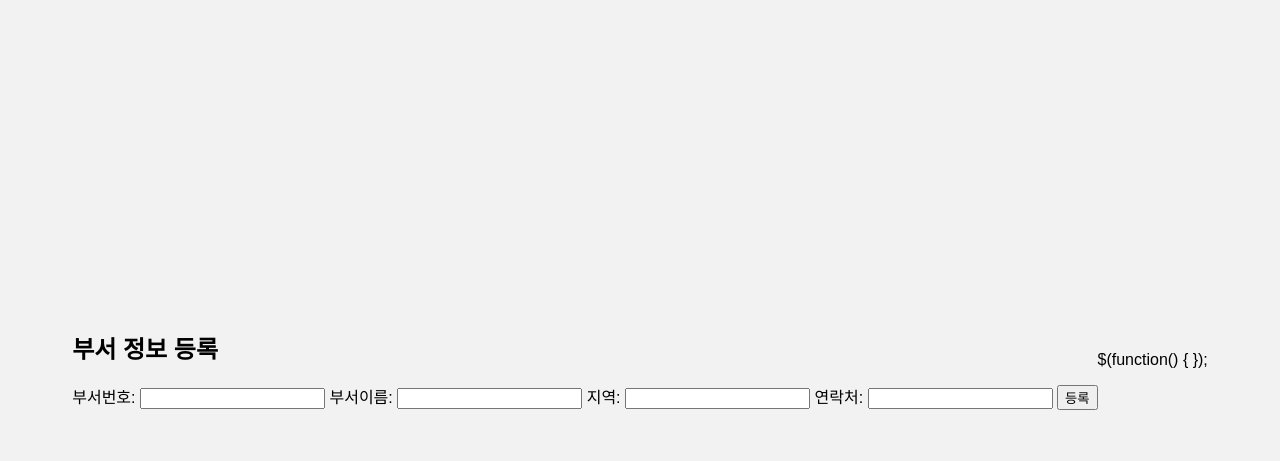
Repository: heyJSH/Study_java_web_sol
Page: http://localhost/jspweb_08/depform.jsp
An editor plug-in stored every save of this project. The page is shown before and after the next save, followed by the edit.
The browser window is 1280 px wide. The pictures show the whole page.
The page is served by Tomcat 9.

Above is the page before, as saved 2024-01-12 04:26:13.

After the next save:
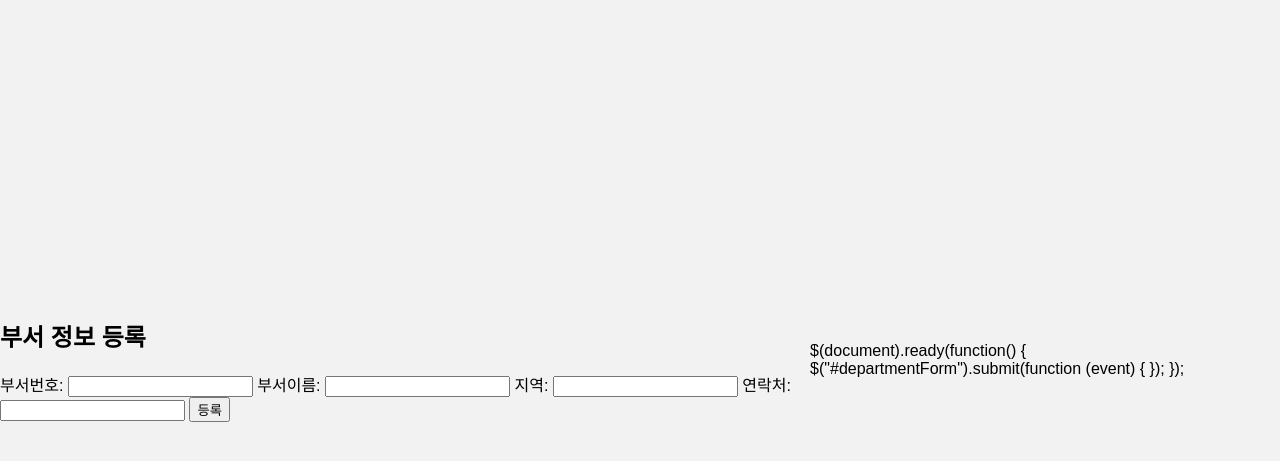
Saved 2 min 41 s later.
--- a/workspace_stsb/jspweb_08/src/main/webapp/depform.jsp
+++ b/workspace_stsb/jspweb_08/src/main/webapp/depform.jsp
@@ -29,7 +29,7 @@
 <!-- 직원 정보 등록할 폼 작성 -->
 <div class="department-form">
 	<h2>부서 정보 등록</h2>
-	<form action="departmentForm">
+	<form id="departmentForm">
 		<label for="depid">부서번호:</label>
 		<input type="text" id="depid" name="depid" required>
 
@@ -47,7 +47,9 @@
 </div>
 
 <!-- 폼 제출 이벤트 처리 (JS) -->
-$(function() {
+$(document).ready(function() {
+	$("#departmentForm").submit(function (event) {
+	});
 });
 </body>
 </html>
